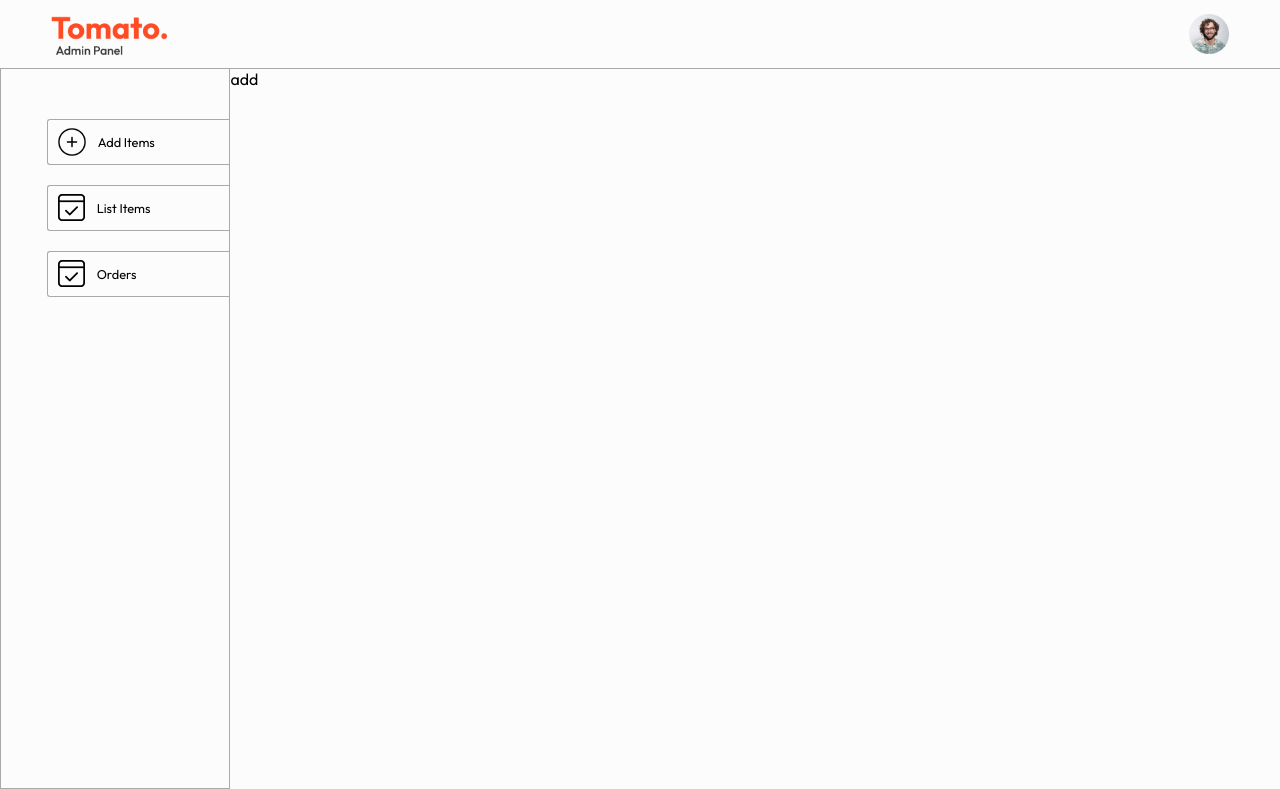
Repository: KartikChouhan03/food-delivery-app
Page: /add (app in admin/)
The author's editor kept a copy of each file at every save. The page is drawn from the files as they stood at one save, then again after the next save.
The browser window is 1280 px wide. The pictures show the whole page.
Some web fonts or font styles are not loaded; a fallback is used. The project was rebuilt for these pictures with package versions that can differ from the ones it lists, and the page was loaded fresh each time. Also part of the build but not shown: admin/vite.config.js, admin/src/pages/Add/Add.css, admin/src/pages/List/List.css, admin/src/pages/List/List.jsx, admin/src/pages/Orders/Orders.css, admin/src/pages/Orders/Orders.jsx.

Above is the page before, as saved 2025-08-17 14:31:50.

After the next save:
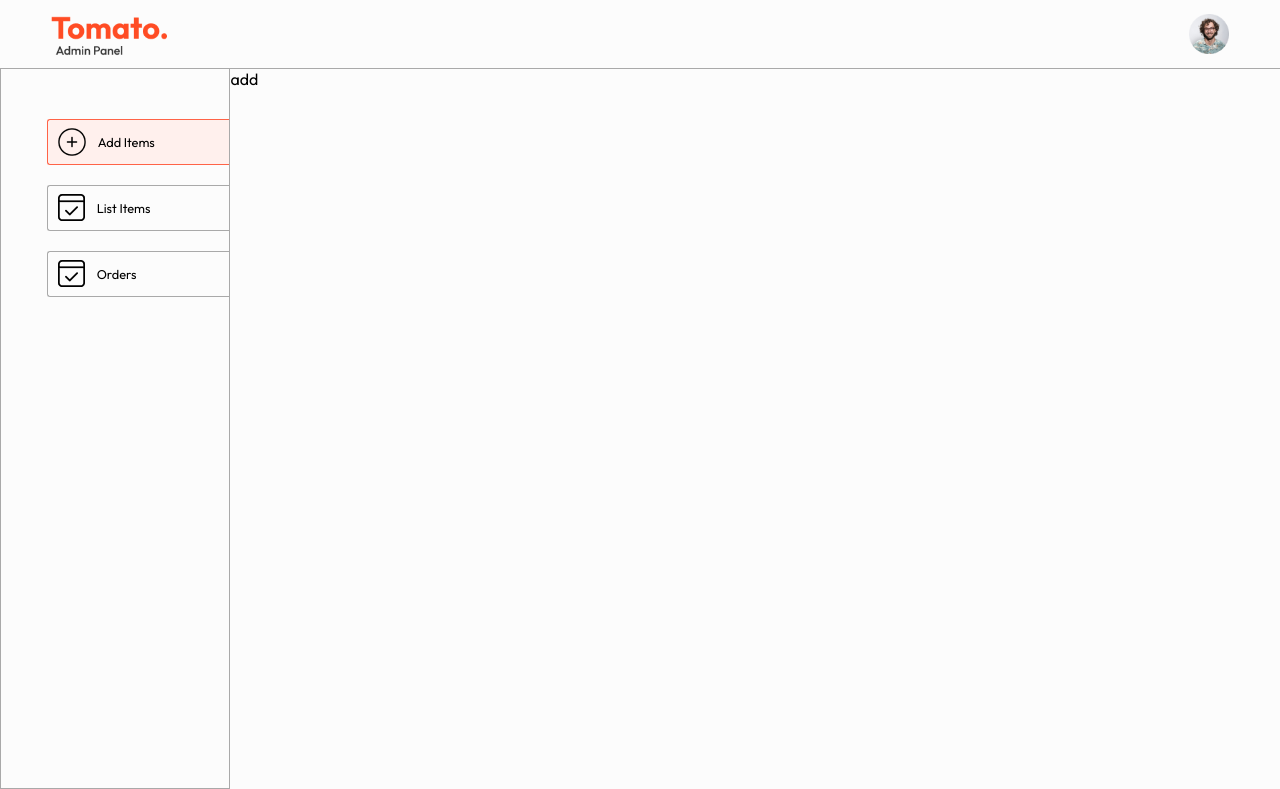
Saved 21 s later.
--- a/admin/src/components/Sidebar.jsx/Sidebar.css
+++ b/admin/src/components/Sidebar.jsx/Sidebar.css
@@ -25,7 +25,7 @@
     cursor: pointer;
 }
 
-.sidebar-option .active{
+.sidebar-option.active{
     background-color: #fff0ed;
     border-color: tomato;
 }
